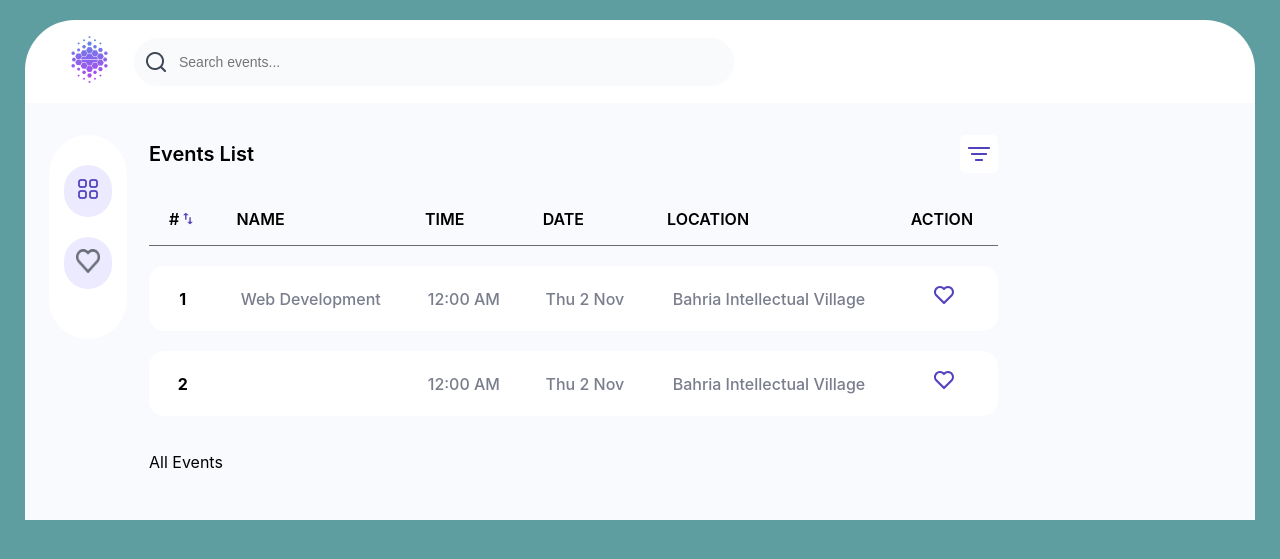
Repository: ahmadunitedsol710/react-dashboard
Page: /
An editor plug-in stored every save of this project. The page is shown before and after a run of saves, followed by the edit.
The browser window is 1280 px wide. The pictures show the whole page.
The project was rebuilt for these pictures with package versions that can differ from the ones it lists, and the page was loaded fresh each time.

Above is the page before, as saved 2024-07-30 11:37:25.

After the next 4 saves:
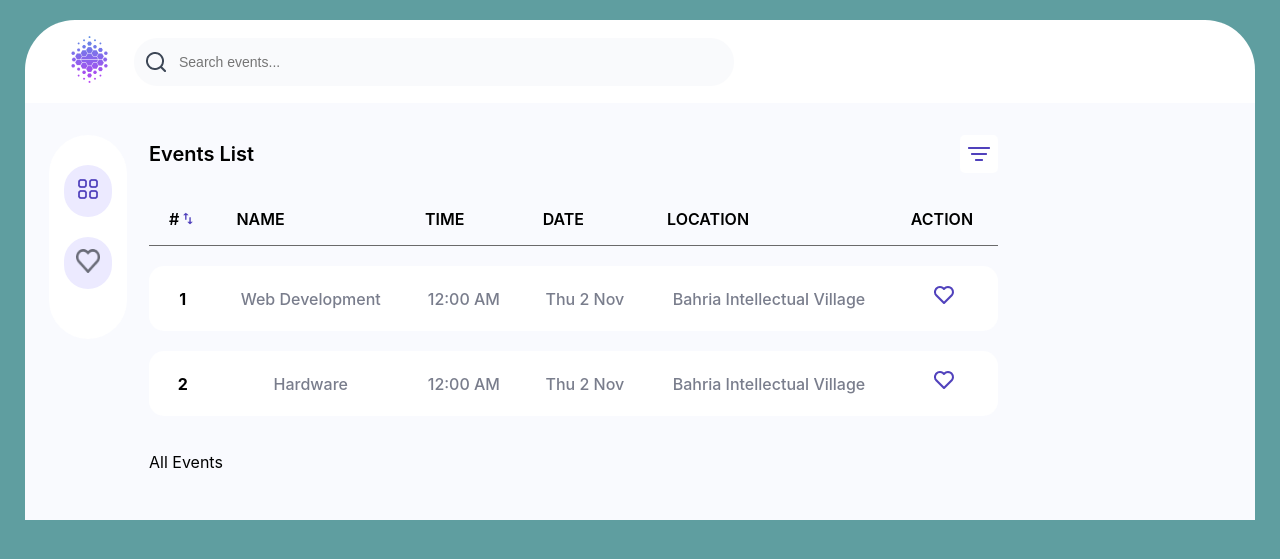
The 4 saves are shown as one change because 1 did not build or start and some came seconds apart.
The last was saved 63 s later.
--- a/src/Components/Body/eventlist.js
+++ b/src/Components/Body/eventlist.js
@@ -9,7 +9,7 @@ const Eventlist = () => {
 
 
     {id:1,name:"Web Development",time:'12:00 AM',date:"Thu 2 Nov",location:"Bahria Intellectual Village"},
-    {id:2,name:"",time:'12:00 AM',date:"Thu 2 Nov",location:"Bahria Intellectual Village"}
+    {id:2,name:"Hardware",time:'12:00 AM',date:"Thu 2 Nov",location:"Bahria Intellectual Village"}
        ]
     return (
         <>
